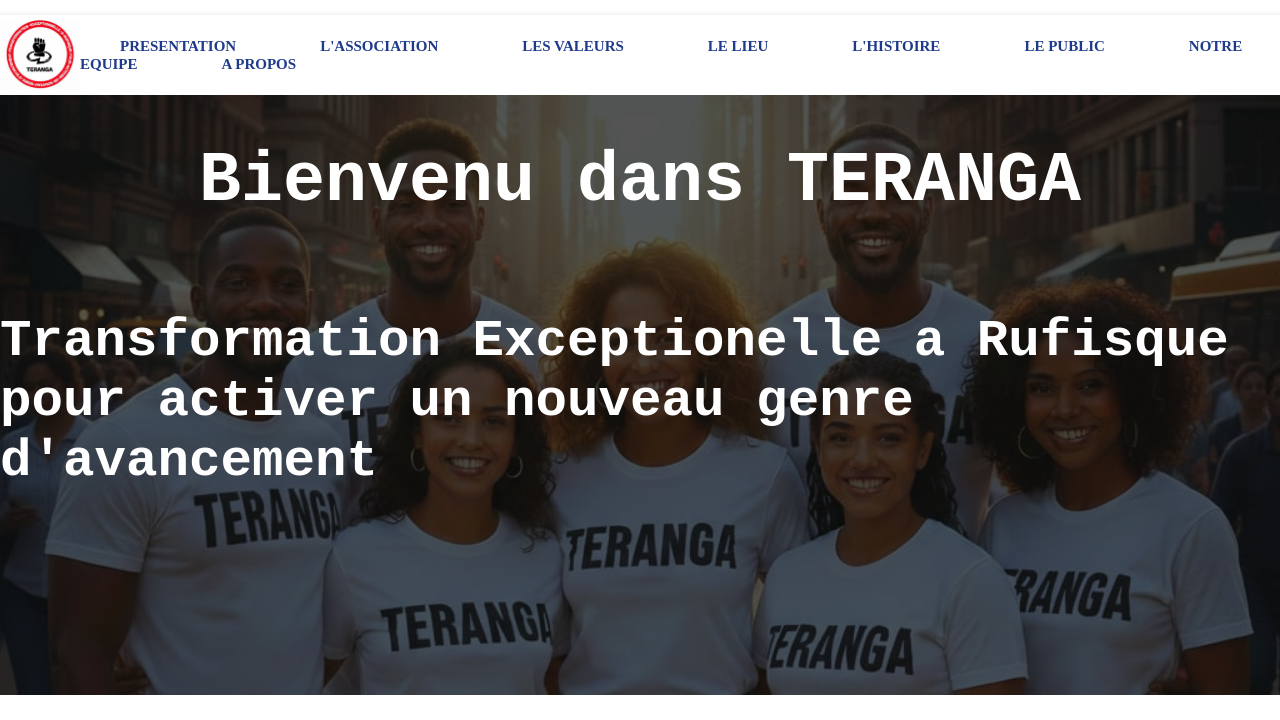
Repository: assanendao171/projet-teranga
Page: presentation.html
These files come from the project's save history. The page is drawn as it stood at one moment and after the next save; the edit follows.
The browser window is 1280 px wide. The pictures show the whole page.

Above is the page before, as saved 2026-02-11 12:17:53.

### presentation.html
<!DOCTYPE html>
<html lang="en">
<head>
    <meta charset="UTF-8">
    <meta name="viewport" content="width=device-width, initial-scale=1.0">
    <title>Document</title>
    <link rel="stylesheet" href="presentation.css">
</head>
<body>
<!-- l'entete -->
 <header>
        <!-- logo -->
<img src="image/logo.jpeg" alt="" class="logo">
<div class="btn-nav">

    <nav>

<a href="presentation.html" target="_blank">PRESENTATION</a>
<a href="association.html" target="_blank">L'ASSOCIATION</a>
<a href="valeur.html" target="_blank">LES VALEURS</a>
<a href="lieu.html" target="_blank">LE LIEU</a>
<a href="histoire.html" target="_blank">L'HISTOIRE</a>
<a href="public.html" target="_blank">LE PUBLIC</a>
<a href="equipe.html" target="_blank">NOTRE EQUIPE</a>
<a href="propos.html" target="_blank">A PROPOS</a>
    </nav>
</div>
 </header>
 <!-- le hero -->
  <div class="hero">
<div class="texte-accrosse">
    <h1>Bienvenu dans TERANGA</h1>
    <h2>Transformation Exceptionelle a Rufisque pour activer un nouveau genre d'avancement </h2>
</div>
  </div>
 <!-- le corps -->
  <main></main>
  <!-- le pieds -->
   <footer></footer>
</body>
</html>

### presentation.css
body{
    margin: 15px 0 5px 0;
}
header{
width: 100%;
height: 80px;
background-color: #FFFFFF;
box-shadow: 2px 6px 6px 6px rgba(0, 0, 0, 0.1);
display: flex;
align-items: center;
justify-content: center;
}
nav a{
    margin: 40px;
    color: #1E3A8A;
    text-decoration: none;
    font-size: 15px;
    font-weight:900;
}
nav a:hover{
    text-decoration: underline;
}
.logo{
    width: 80px;
left: 10px;
}
.hero{
  width:100%;
  height:600px ;
  background-image:
    linear-gradient(rgba(0, 0, 0, 0.6), rgba(0, 0, 0, 0.6)),
    url("image/background.jpeg");
  background-size: cover;
  background-position: top;
  background-repeat: no-repeat;
}
.texte-accrosse{
display: flex;
flex-direction: column;
justify-content: center;
align-items: center;
color: rgb(255, 255, 255);
font-size: 35px;
font-family: 'Courier New', Courier, monospace;
font-weight: ;
}

After the next save:
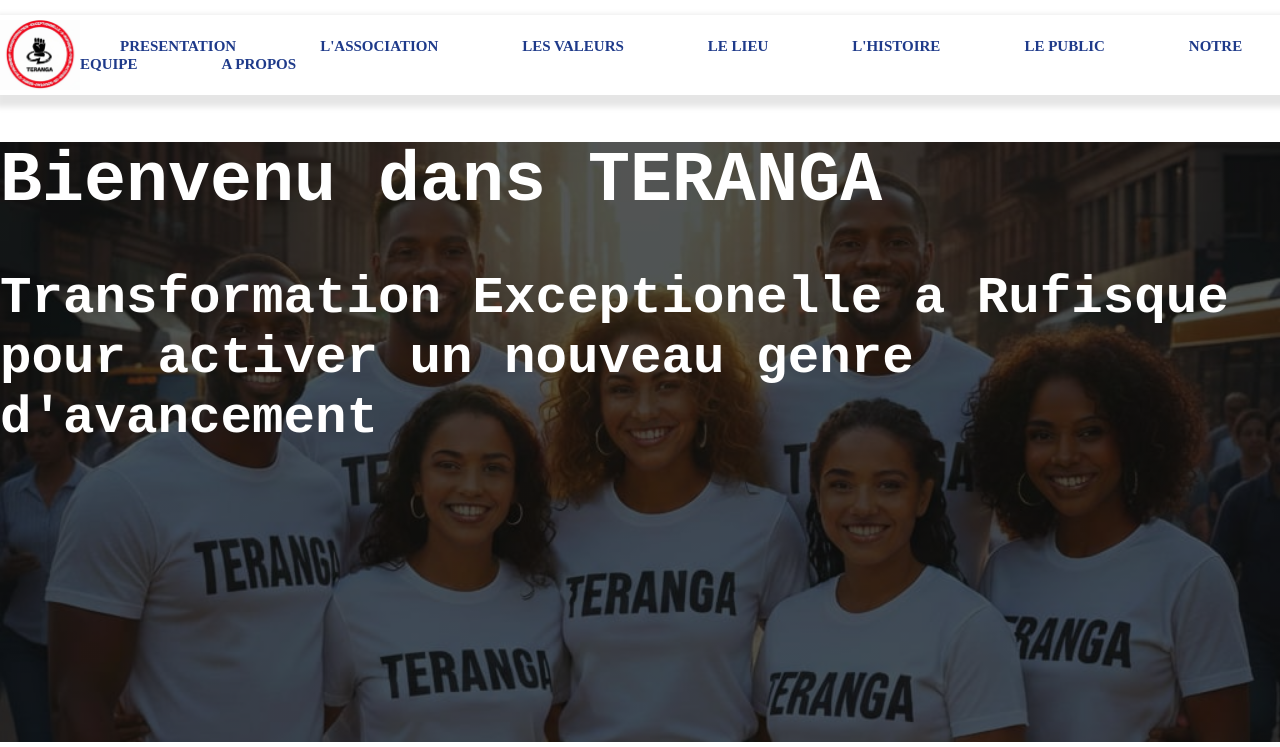
Saved 33 s later.
--- a/presentation.css
+++ b/presentation.css
@@ -35,10 +35,7 @@
   background-repeat: no-repeat;
 }
 .texte-accrosse{
-display: flex;
-flex-direction: column;
-justify-content: center;
-align-items: center;
+
 color: rgb(255, 255, 255);
 font-size: 35px;
 font-family: 'Courier New', Courier, monospace;

After the save that followed:
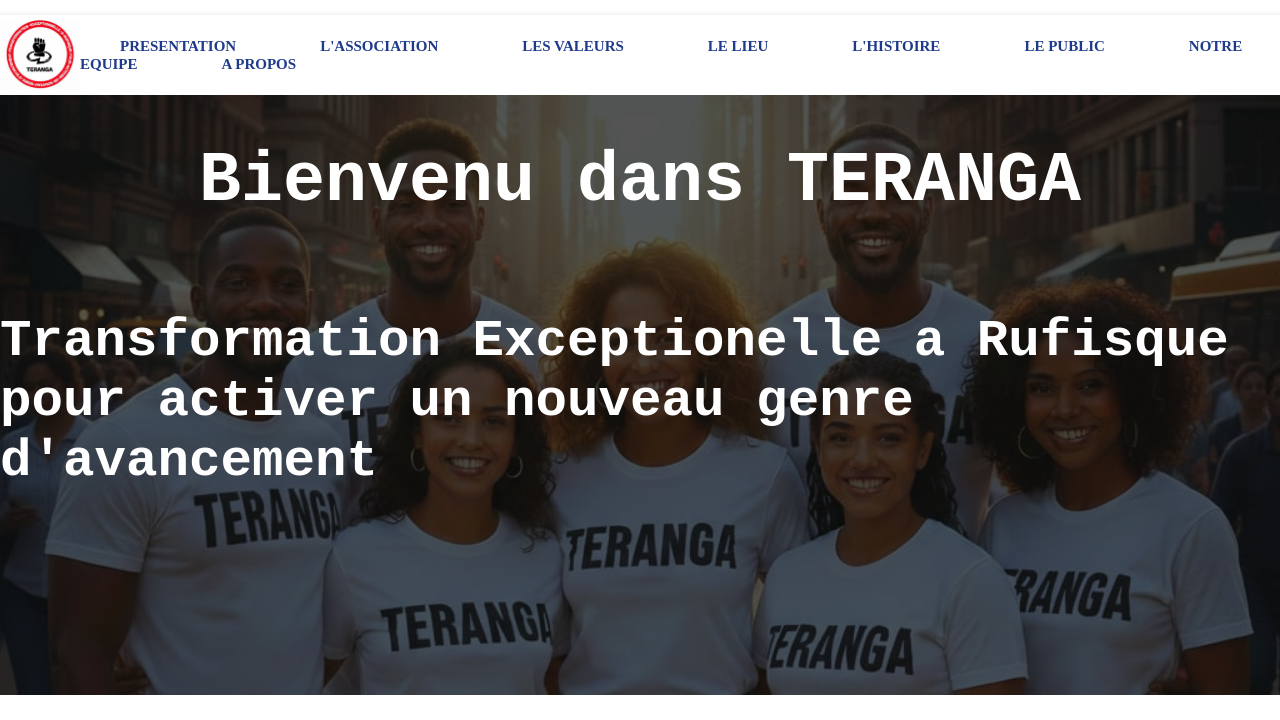
Saved 4 s later.
--- a/presentation.css
+++ b/presentation.css
@@ -35,7 +35,10 @@
   background-repeat: no-repeat;
 }
 .texte-accrosse{
-
+display: flex;
+flex-direction: column;
+justify-content: center;
+align-items: center;
 color: rgb(255, 255, 255);
 font-size: 35px;
 font-family: 'Courier New', Courier, monospace;
